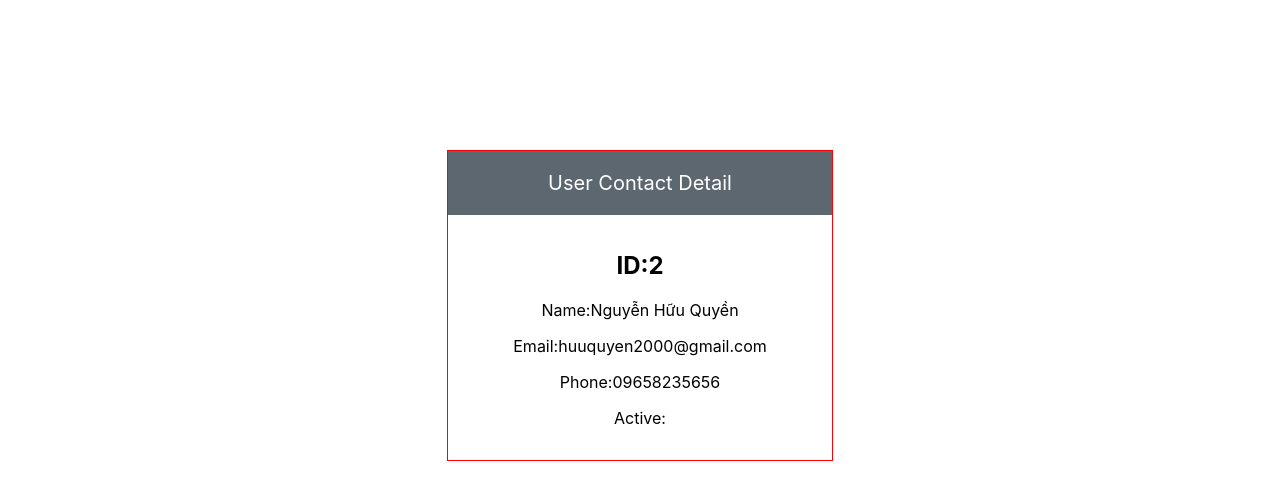
Repository: fdhhhdjd/Redux-Toolkit-CURD-Firebase
Page: /view/2
An editor plug-in stored every save of this project. The page is shown before and after the next save, followed by the edit.
The browser window is 1280 px wide. The pictures show the whole page.
The project was rebuilt for these pictures with package versions that can differ from the ones it lists, and the page was loaded fresh each time. Also part of the build but not shown: src/Styles/Home.css, src/Component/Home.js, src/Styles/AddEdit.css, src/Component/AddEdit.js.

Above is the page before, as saved 2021-10-24 21:53:03.

### src/index.js
import React from "react";
import ReactDOM from "react-dom";
import "./index.css";
import App from "./App";
import store from "./Redux/Store";
import { Provider } from "react-redux";
import * as serviceWorker from "./serviceWorker";

ReactDOM.render(
  <React.StrictMode>
    <Provider store={store}>
      <App />
    </Provider>
  </React.StrictMode>,
  document.getElementById("root")
);

// If you want your app to work offline and load faster, you can change
// unregister() to register() below. Note this comes with some pitfalls.
// Learn more about service workers: https://bit.ly/CRA-PWA
serviceWorker.unregister();

### src/App.js
import React from "react";
import "./App.css";
import { BrowserRouter, Switch, Route } from "react-router-dom";
import { ToastContainer } from "react-toastify";
import "react-toastify/dist/ReactToastify.css";
import { Home, View, AddEdit } from "./import/Index";
function App() {
  return (
    <>
      <BrowserRouter>
        <div className="App">
          <ToastContainer position="top-center" />
          <Switch>
            <Route exact path="/" component={Home} />
            <Route path="/add" component={AddEdit} />
            <Route path="/update/:id" component={AddEdit} />
            <Route path="/view/:id" component={View} />
          </Switch>
        </div>
      </BrowserRouter>
    </>
  );
}

export default App;

### src/Redux/Store.js
import { configureStore, createStore } from "@reduxjs/toolkit";
import logger from "redux-logger";
import thunk from "redux-thunk";
import { composeWithDevTools } from "redux-devtools-extension";
import ContactReducer from "./ContactSlice";
const middleware = [thunk];
if (process.env.NODE_ENV === "development") {
  middleware.push(logger);
}
const store = configureStore({
  reducer: {
    todos: ContactReducer,
    middleware: [logger],
  },
});

export default store;

### src/import/Index.js
export { default as Home } from "../Component/Home";
export { default as AddEdit } from "../Component/AddEdit";
export { default as View } from "../Component/View";

### src/Redux/ContactSlice.js
import { createSlice, createAsyncThunk } from "@reduxjs/toolkit";
import { v4 as uuidv4 } from "uuid";
import { nanoid } from "nanoid";
const initialState = {
  contacts: [
    {
      id: 1,
      name: "Nguyễn Tiến Tài",
      email: "nguyentientai10@gmai.com",
      phone: "0798805741",
      status: "Active",
    },
    {
      id: 2,
      name: "Nguyễn Hữu Quyền",
      email: "huuquyen2000@gmail.com",
      phone: "09658235656",
      status: "Inactive",
    },
    {
      id: 3,
      name: "Nguyễn Bảo Khang",
      email: "jbaokhangdesigner@gmail.com",
      phone: "0353263452",
      status: "Active",
    },
    {
      id: 4,
      name: "Bùi Huỳnh Quốc Trung	",
      email: "quoctrung@gmail.com",
      phone: "0348561815",
      status: "Inactive",
    },
    {
      id: 5,
      name: "Trần Phi Hoàng",
      email: "phihoang1@gmail.com",
      phone: "0936095986",
      status: "Active",
    },
  ],
  contact: {
    name: "",
    email: "",
    phone: "",
    status: "",
  },
};
const TodoSlice = createSlice({
  name: "todos",
  initialState,
  reducers: {
    getContact: (state, action) => {
      state.contact = state.contacts.find((item) => item.id == action.payload);
    },
    addContact: (state, action) => {
      const newData = { ...action.payload, id: uuidv4() };
      state.contacts = [...state.contacts, newData];
    },
    deleteContact: (state, action) => {
      state.contacts = state.contacts.filter(
        (item) => item.id !== action.payload
      );
    },
    updateContact: (state, action) => {
      state.contacts = state.contacts.map((item) =>
        item.id === action.payload.id ? action.payload : item
      );
    },
  },
});
const ContactReducer = TodoSlice.reducer;
export const { addContact, deleteContact, getContact, updateContact } =
  TodoSlice.actions;
export const GetTodo = (state) => state.todos;
export default ContactReducer;

### src/Component/View.js
import React, { useEffect, useState } from "react";
import { useParams } from "react-router";
import "../Styles/View.css";
import { Link } from "react-router-dom";
import { getContact, GetTodo } from "../Redux/ContactSlice";
import { useDispatch, useSelector } from "react-redux";

const View = () => {
  const [user, setUser] = useState({});
  const { contact } = useSelector(GetTodo);
  const { id } = useParams();
  const dispatch = useDispatch();
  useEffect(() => {
    dispatch(getContact(id));
    setUser({ ...contact });
  }, [id, contact]);

  return (
    <>
      <div style={{ marginTop: "150px" }}>
        <div className="card">
          <div className="card-header">
            <p>User Contact Detail</p>
          </div>
          {/* <div className="container">
            <strong>ID: </strong>
            <span>{id}</span>
            <br />
            <br />
            <strong>Name: </strong>
            <span>{user.name}</span>
            <br />
            <br />
            <strong>Email: </strong>
            <span>{user.email}</span>
            <br />
            <br />
            <strong>Status: </strong>
            <span>{user.status}</span>
            <br />
            <br />
            <strong>Phone: </strong>
            <span>{user.phone}</span>
            <br />
            <br />
            <Link to="/">
              <button className="btn btn-edit">Go Back</button>
            </Link>
          </div> */}
          <div class="col-wrap">
            <div class="col">
              <h2>ID:{id}</h2>
              <p>Name:{user.name}</p>
              <p>Email:{user.email} </p>
              <p>Phone:{user.phone}</p>
              <p>Active:{user.active}</p>
            </div>
          </div>
        </div>
      </div>
    </>
  );
};

export default View;

### src/Styles/View.css
.card {
    width: 30%;
    display: flex;
    flex-direction: column;
    border: 1px red solid;
    align-content: center;
    margin: 0 auto;
  }

  .card-header {
    height: 30%;
    background: #5d6770;
    color: white;
    text-align: center;
  }

  .card-header p {
    font-size: 20px;
  }
  .container {
    padding: 4px 16px;
  }

  .col-wrap {
    display: table;
    width: 100%;
  }

  .col {
    display: table-cell;
    padding: 1rem
  }
  .col:nth-child(even){
    background-color:orange;
  }
  .col:nth-child(odd){
    background-color:white;
  }

Loaded but not shown: public/index.html (common file); src/index.css (common file); src/serviceWorker.js (common file); src/App.css (common file)

After the next save:
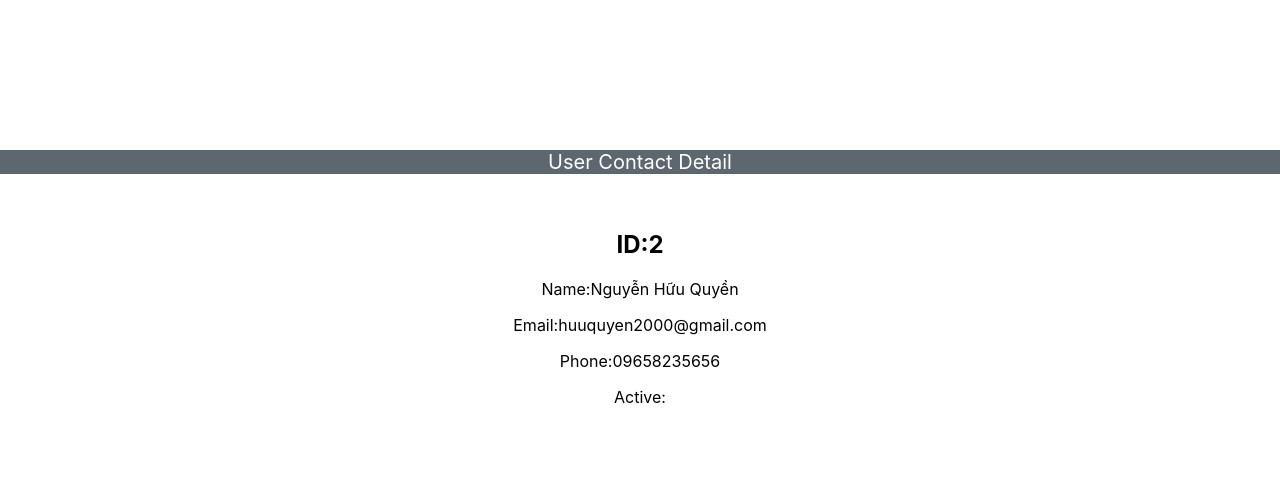
Saved 33 s later.
--- a/src/Component/View.js
+++ b/src/Component/View.js
@@ -18,11 +18,11 @@ const View = () => {
   return (
     <>
       <div style={{ marginTop: "150px" }}>
-        <div className="card">
-          <div className="card-header">
-            <p>User Contact Detail</p>
-          </div>
-          {/* <div className="container">
+        {/* <div className="card"> */}
+        <div className="card-header">
+          <p>User Contact Detail</p>
+        </div>
+        {/* <div className="container">
             <strong>ID: </strong>
             <span>{id}</span>
             <br />
@@ -47,15 +47,15 @@ const View = () => {
               <button className="btn btn-edit">Go Back</button>
             </Link>
           </div> */}
-          <div class="col-wrap">
-            <div class="col">
-              <h2>ID:{id}</h2>
-              <p>Name:{user.name}</p>
-              <p>Email:{user.email} </p>
-              <p>Phone:{user.phone}</p>
-              <p>Active:{user.active}</p>
-            </div>
+        <div class="col-wrap">
+          <div class="col">
+            <h2>ID:{id}</h2>
+            <p>Name:{user.name}</p>
+            <p>Email:{user.email} </p>
+            <p>Phone:{user.phone}</p>
+            <p>Active:{user.active}</p>
           </div>
+          {/* </div> */}
         </div>
       </div>
     </>
